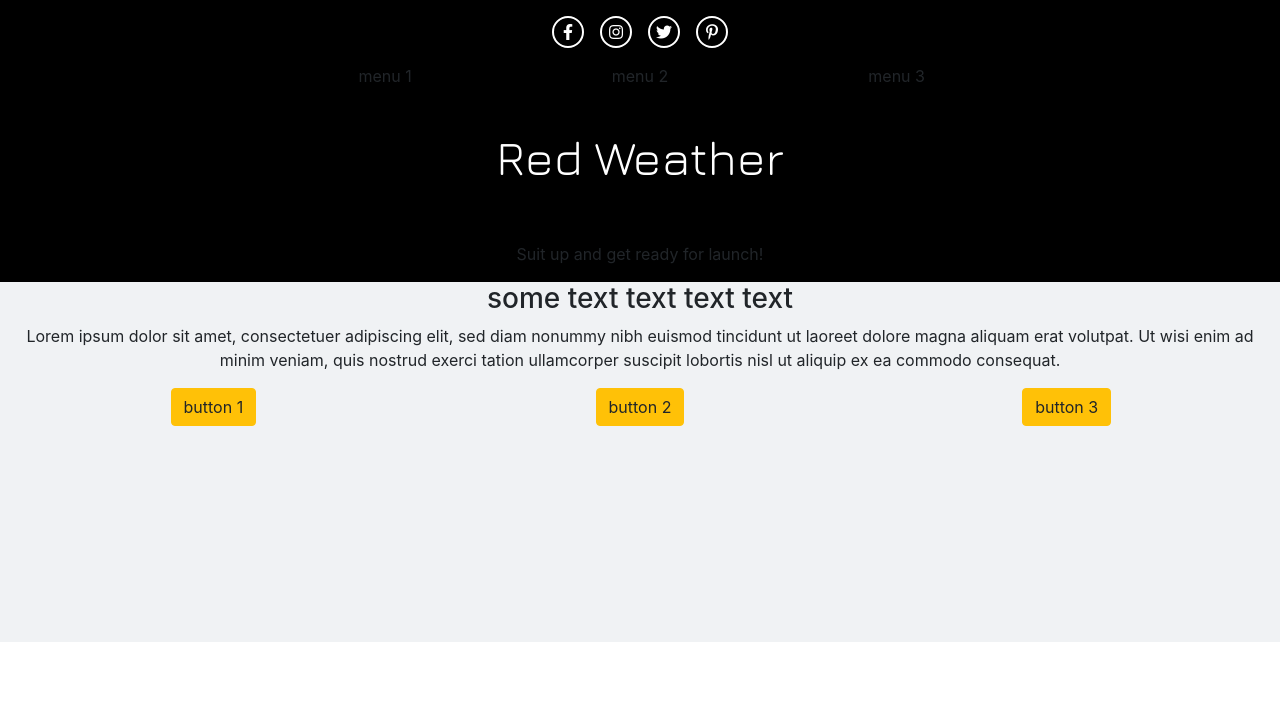
Repository: romqrq/Red-Planet-Explorer
Page: index.html
The author's editor kept a record of every edit. The page is drawn from the files as they stood at one moment, then again after the next edit.
The browser window is 1280 px wide. The pictures show the whole page.
The page's requests for data from a server got no answer. Some web fonts or font styles are not loaded; a fallback is used. Some web libraries are served in a nearby version.

Above is the page before.

After the next edit:
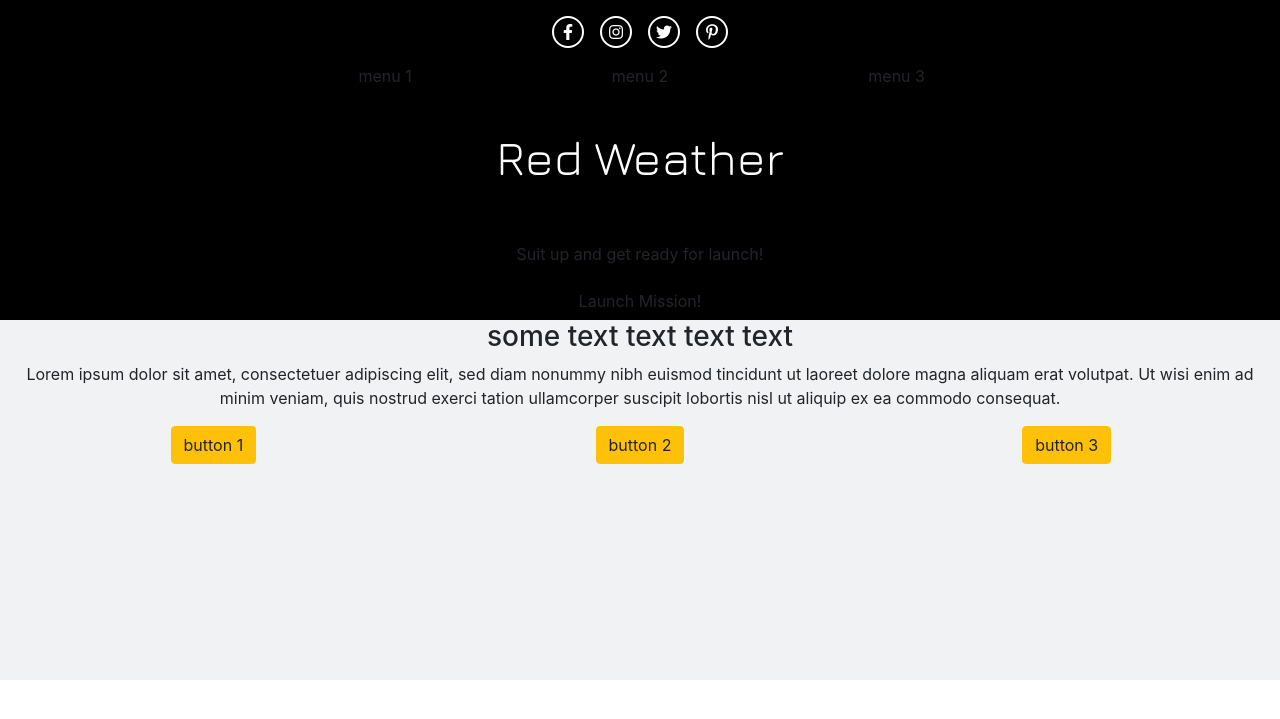
The edit:
--- a/index.html
+++ b/index.html
@@ -42,6 +42,9 @@
                 <div class="col-12">
                     <p class="main-text-light text-center">Suit up and get ready for launch!</p>
                 </div>
+            </div>
+            <div class="text-center">
+                <button class="btn launch-button">Launch Mission!</button>
             </div>
             <!--<div class="row">-->
             <!--    <div class=navbar>-->
